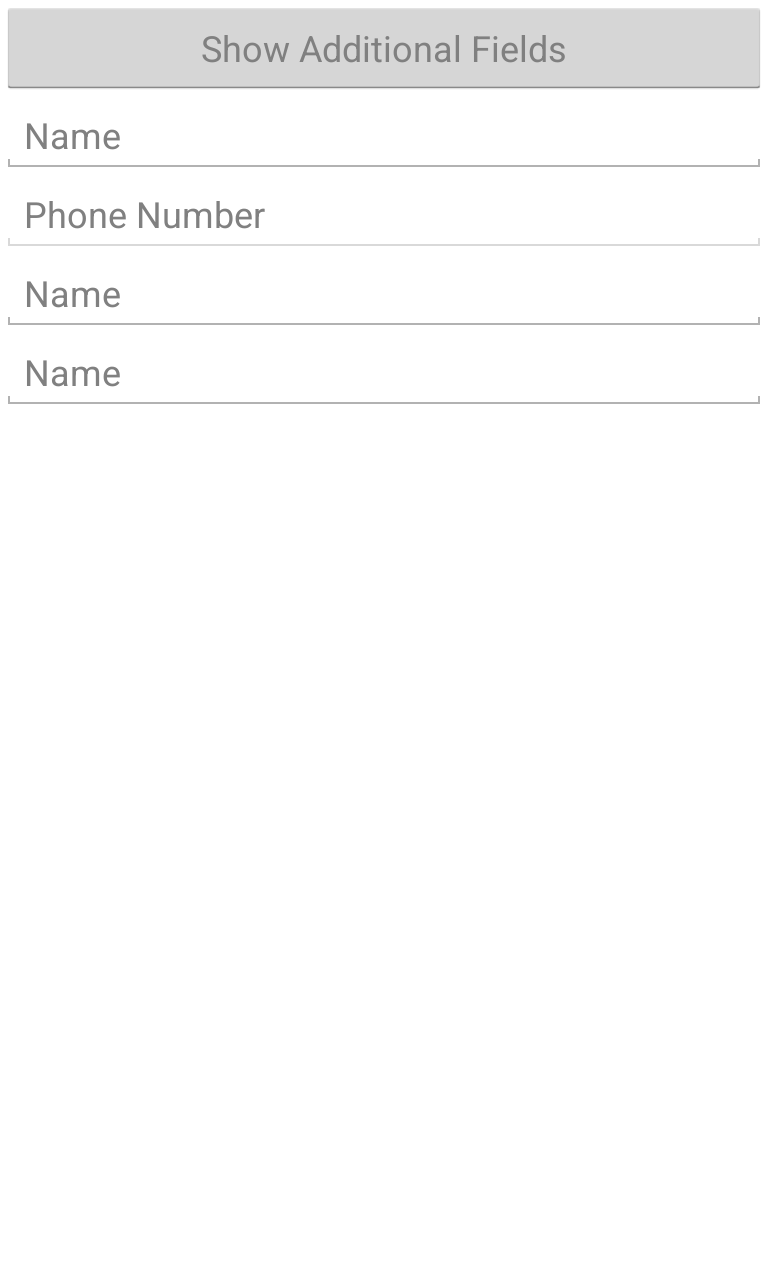
Repository: radupoenaru1992/Lab04
Layout: ContactsManager/res/layout/fragment_basic_details.xml
An editor plug-in stored every save of this project. The layout is shown before and after the next save, followed by the edit.
It is drawn on a 768 x 1280 px phone screen (xhdpi) without system bars, with theme AppTheme; the app's code is not run.

Above is the layout before, as saved 2015-03-28 22:30:11.

### ContactsManager/res/layout/fragment_basic_details.xml
<?xml version="1.0" encoding="utf-8"?>
<LinearLayout xmlns:android="http://schemas.android.com/apk/res/android"
    android:layout_width="match_parent"
    android:layout_height="match_parent"
    android:orientation="vertical" >

    <Button
        android:layout_width="match_parent"
        android:layout_height="wrap_content"
        android:gravity="center"
        android:hint="@string/show"
        />

    <EditText
        android:layout_width="match_parent"
        android:layout_height="wrap_content"
        android:hint="Name"/>

    <EditText
        android:layout_width="match_parent"
        android:layout_height="wrap_content"
        android:hint="Phone Number"
        android:enabled="false"/>

    <EditText
        android:layout_width="match_parent"
        android:layout_height="wrap_content"
        android:hint="Name"/>

    <EditText
        android:layout_width="match_parent"
        android:layout_height="wrap_content"
        android:hint="Name"/>


</LinearLayout>

### ContactsManager/res/values/strings.xml
<?xml version="1.0" encoding="utf-8"?>
<resources>

    <string name="app_name">ContactsManager</string>
    <string name="action_settings">Settings</string>
    <string name="hello_world">Hello world!</string>

    <string name="show">Show Additional Fields</string>
    <string name="hide">Hide Additional Fields</string>

</resources>

Loaded but not shown: ContactsManager/res/values/styles.xml (common file); ContactsManager/res/values-v11/styles.xml (common file); ContactsManager/res/values-v14/styles.xml (common file)

After the next save:
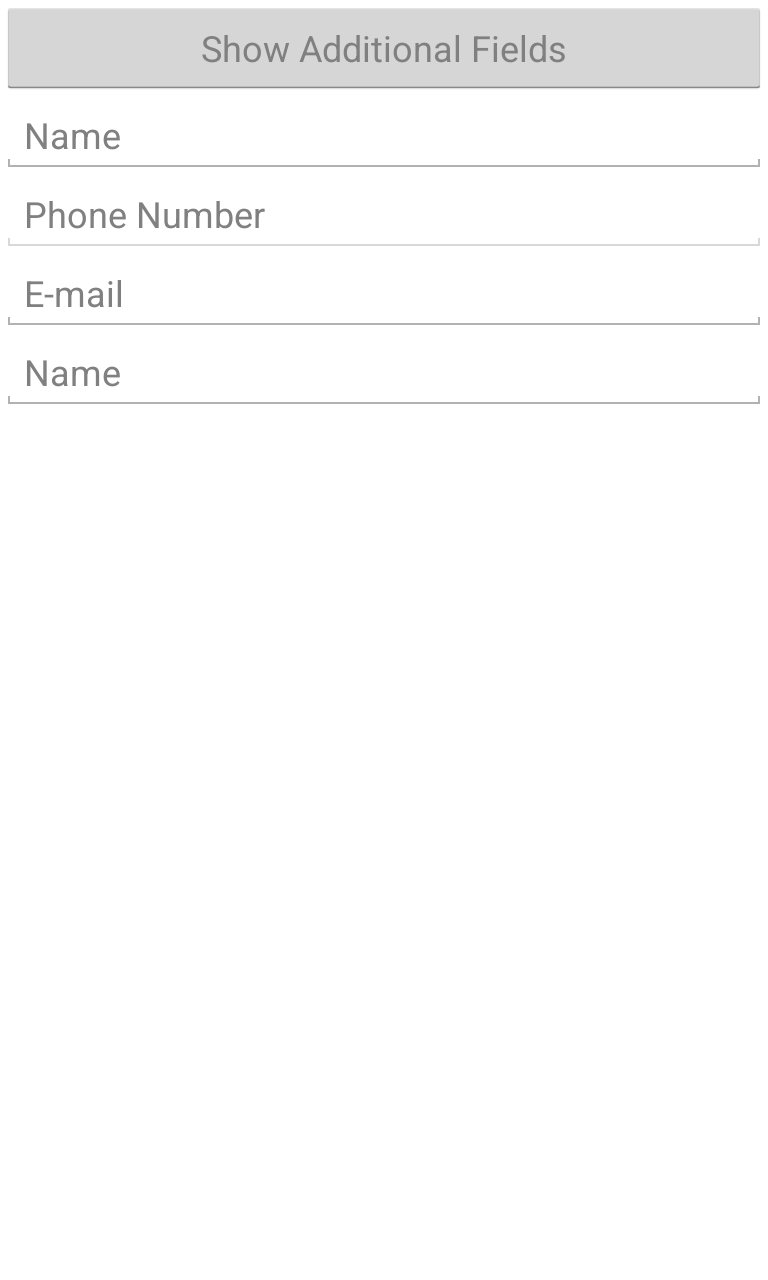
Saved 10 s later.
--- a/ContactsManager/res/layout/fragment_basic_details.xml
+++ b/ContactsManager/res/layout/fragment_basic_details.xml
@@ -25,7 +25,7 @@
     <EditText
         android:layout_width="match_parent"
         android:layout_height="wrap_content"
-        android:hint="Name"/>
+        android:hint="E-mail"/>
 
     <EditText
         android:layout_width="match_parent"
